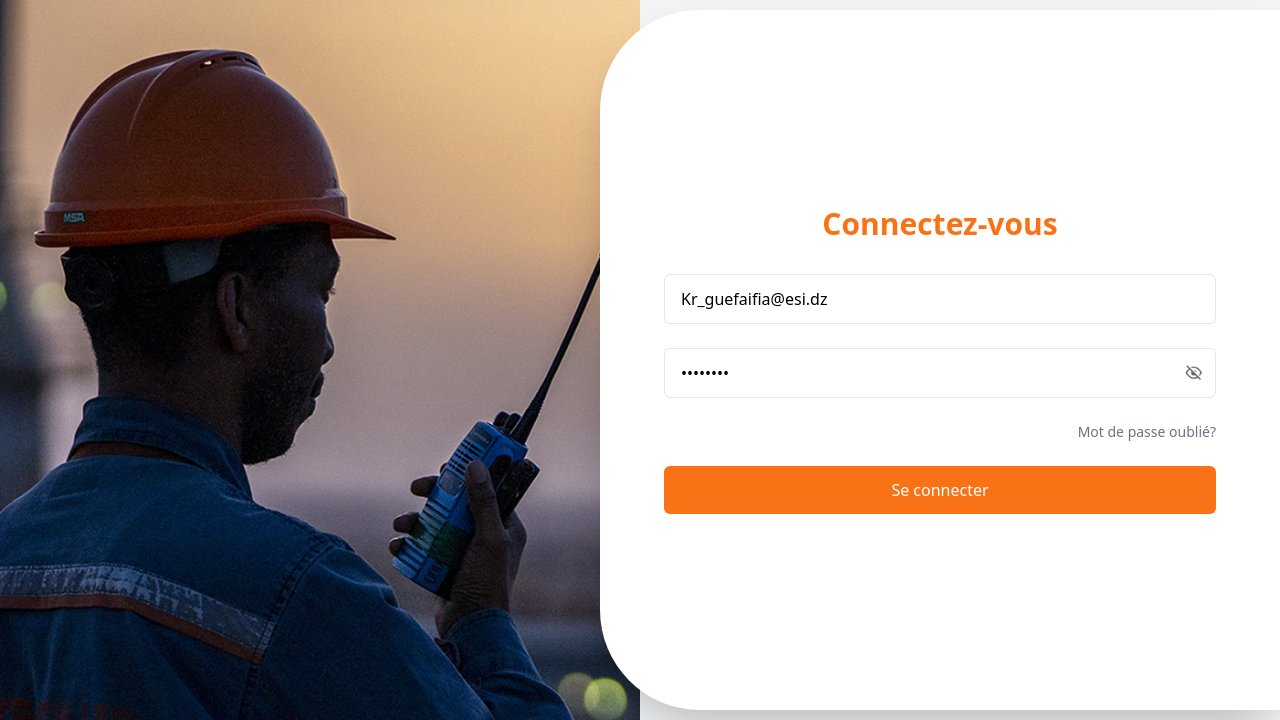
Repository: 123455675848484848484884848484/Projet_2cs
Page: /login (app in front/)
An editor plug-in stored every save of this project. The page is shown before and after the next save, followed by the edit.
The browser window is 1280 px wide. The pictures show the whole page.
The project was rebuilt for these pictures with package versions that can differ from the ones it lists, and the page was loaded fresh each time. Also part of the build but not shown: front/src/App.css.

Above is the page before, as saved 2025-04-20 12:06:00.

After the next save:
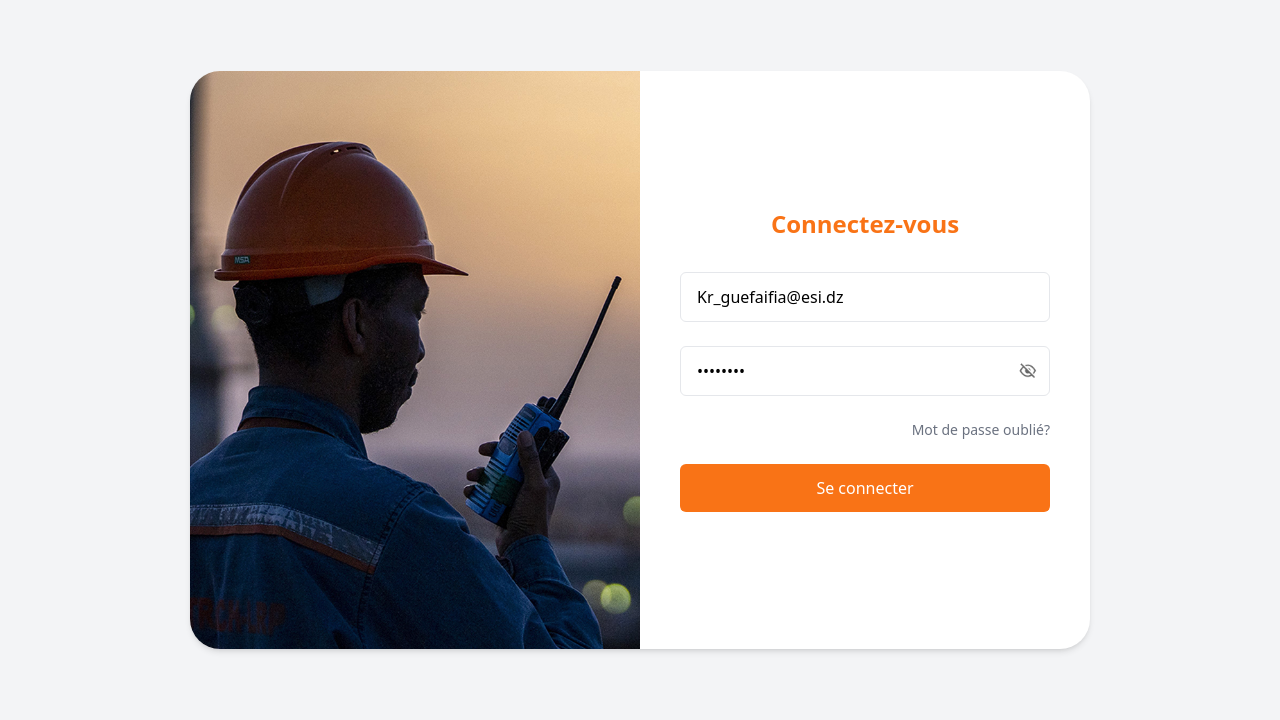
Saved 93 s later.
--- a/front/src/Login.jsx
+++ b/front/src/Login.jsx
@@ -16,80 +16,93 @@ const Login = () => {
   };
 
   return (
-    <div className="h-screen w-screen flex bg-gray-100">
-      {/* Image à gauche */}
-      <div className="w-1/2 h-full">
+    <div className="min-h-screen flex items-center justify-center bg-gray-100">
+    <div className="flex w-[900px] overflow-hidden shadow-md rounded-[30px] bg-white">
+      {/* Image gauche */}
+      <div className="w-1/2">
         <img
           src="/login.png"
           alt="worker"
-          className="w-full h-full object-cover"
+          className="h-full w-full object-cover"
+          id="login-image"
         />
       </div>
 
-      {/* Formulaire arrondi */}
-      <div className="w-1/2 h-full flex items-center justify-center">
-      <div className="bg-white rounded-l-[100px] -ml-10 shadow-2xl px-16 py-20 w-[1000px] h-[700px] flex flex-col justify-center">
-                  <h2 className="text-3xl font-bold text-orange-500 mb-8 text-center">
-            Connectez-vous
-          </h2>
+      {/* Formulaire */}
+      <div className="w-1/2 flex flex-col justify-center px-10 py-12">
+        <h2
+          className="text-2xl font-bold text-orange-500 mb-8 text-center"
+          id="login-title"
+        >
+          Connectez-vous
+        </h2>
 
-          <form className="space-y-6" onSubmit={handleSubmit}>
-            {/* Email */}
-            <div>
-              <input
-                type="email"
-                placeholder="Email"
-                value={email}
-                onChange={(e) => setEmail(e.target.value)}
-                className="w-full px-4 py-3 border rounded-md focus:outline-none focus:ring-2 focus:ring-orange-400"
-              />
-              {error && (
-                <p className="text-red-500 text-sm mt-1">{error}</p>
+        <form className="space-y-6" onSubmit={handleSubmit} id="login-form">
+          {/* Email */}
+          <div>
+            <label htmlFor="email-input" className="sr-only">Email</label>
+            <input
+              id="email-input"
+              type="email"
+              placeholder="Email"
+              value={email}
+              onChange={(e) => setEmail(e.target.value)}
+              className="w-full px-4 py-3 border rounded-md focus:outline-none focus:ring-2 focus:ring-orange-400"
+            />
+            {error && (
+              <p className="text-red-500 text-sm mt-1" id="email-error">
+                {error}
+              </p>
+            )}
+          </div>
+
+          {/* Mot de passe */}
+          <div className="relative">
+            <label htmlFor="password-input" className="sr-only">Mot de passe</label>
+            <input
+              id="password-input"
+              type={showPassword ? "text" : "password"}
+              placeholder="Mot de passe"
+              defaultValue="password"
+              className="w-full px-4 py-3 border rounded-md focus:outline-none focus:ring-2 focus:ring-orange-400"
+            />
+            <span
+              id="toggle-password-visibility"
+              onClick={() => setShowPassword(!showPassword)}
+              className="absolute inset-y-0 right-3 flex items-center cursor-pointer"
+            >
+              {showPassword ? (
+                <span className="text-gray-500 text-lg">👁️</span>
+              ) : (
+                <img
+                  src="/icon.png"
+                  alt="hidden"
+                  className="w-5 h-5"
+                  id="hidden-icon"
+                />
               )}
-            </div>
+            </span>
+          </div>
 
-            {/* Mot de passe */}
-            <div className="relative">
-              <input
-                type={showPassword ? "text" : "password"}
-                placeholder="Mot de passe"
-                defaultValue="password"
-                className="w-full px-4 py-3 border rounded-md focus:outline-none focus:ring-2 focus:ring-orange-400"
-              />
-              <span
-                onClick={() => setShowPassword(!showPassword)}
-                className="absolute inset-y-0 right-3 flex items-center cursor-pointer"
-              >
-                {showPassword ? (
-                  <span className="text-gray-500 text-lg">👁️</span>
-                ) : (
-                  <img
-                    src="/icon.png"
-                    alt="hidden"
-                    className="w-5 h-5"
-                  />
-                )}
-              </span>
-            </div>
+          {/* Lien oublié */}
+          <div className="text-right text-sm text-gray-500">
+            <a href="#" className="hover:underline" id="forgot-password-link">
+              Mot de passe oublié?
+            </a>
+          </div>
 
-            {/* Mot de passe oublié */}
-            <div className="text-right text-sm text-gray-500">
-              <a href="#" className="hover:underline">
-                Mot de passe oublié?
-              </a>
-            </div>
-
-            {/* Bouton */}
-            <button
-              type="submit"
-              className="w-full bg-orange-500 hover:bg-orange-600 text-white font-medium py-3 rounded-md transition"
-            >
-              Se connecter
-            </button>
-          </form>
-        </div>
+          {/* Bouton */}
+          <button
+            id="submit-login-button"
+            type="submit"
+            className="w-full bg-orange-500 hover:bg-orange-600 text-white font-medium py-3 rounded-md transition"
+          >
+            Se connecter
+          </button>
+        </form>
       </div>
     </div>
+  </div>
   );
 };
 
